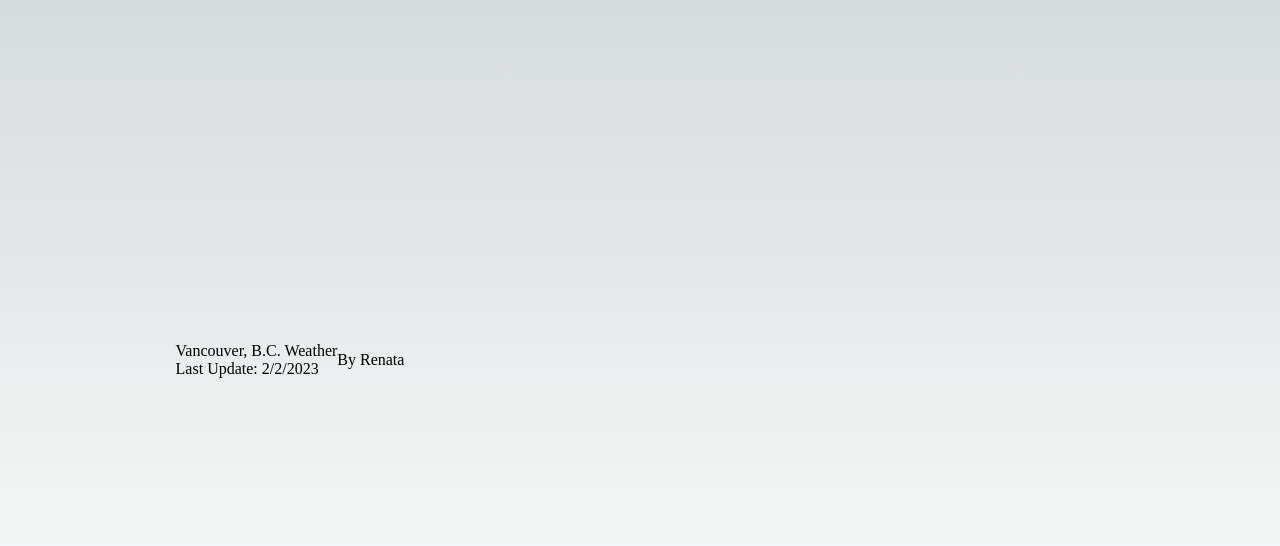
Repository: RenataDzotova/WeatherMate
Page: /
These files come from the project's save history. The page is drawn as it stood at one moment and after the next save; the edit follows.
The browser window is 1280 px wide. The pictures show the whole page.
The project was rebuilt for these pictures with package versions that can differ from the ones it lists, and the page was loaded fresh each time. The framework's server and built-in components were replaced by stand-ins that run in the browser. Also part of the build but not shown: next.config.js.

Above is the page before, as saved 2023-02-23 21:03:39.

### pages/index.js
import Head from 'next/head'
import Image from 'next/image'
import { Inter } from '@next/font/google'
import styles from '@/styles/Home.module.css'
import { useEffect, useRef, useState } from 'react'
import axios from 'axios'
import { FlexBox, Wrapper } from '@/styles/global'

export default function Home() {

  var apiKey = "f1c3aba9f416efdb16702d2866709e98";
  const location = "vancouver";
  var lang = "en";
  var units = "metric";
  const url = `https://api.openweathermap.org/data/2.5/forecast?q=${location}&units=${units}&appid=${apiKey}&lang=${lang}`;

  const [data, setData] = useState();
  const grabWeather = useRef(false);

  const fetchWeather = async () => {
    const response = await axios.get(url);
    console.log(response);

    console.log(response.data.list);
    const arrayOfDays = [];

    let weatherData = response.data.list.map((weather, index)=>{
      console.log(parseInt(weather.dt_txt.substr(8,2),10))
      let num = parseInt(weather.dt_txt.substr(8,2),10)

      if (num !== arrayOfDays.find(element => element === num)) {
        arrayOfDays.push(num);
        console.log("Here");
        console.log(response.data.list[index]);

        var month = '';
        var icon = '';

        if (weather.dt_txt.substr(5,2) == 1){
          month = 'January';
        } else if (weather.dt_txt.substr(5,2) == 2){
          month = 'February';
        }else if (weather.dt_txt.substr(5,2) == 3){
          month = 'March';
        }else if (weather.dt_txt.substr(5,2) == 4){
          month = 'April';
        }else if (weather.dt_txt.substr(5,2) == 5){
          month = 'May';
        }else if (weather.dt_txt.substr(5,2) == 6){
          month = 'June';
        }else if (weather.dt_txt.substr(5,2) == 7){
          month = 'July';
        }else if (weather.dt_txt.substr(5,2) == 8){
          month = 'August';
        }else if (weather.dt_txt.substr(5,2) == 9){
          month = 'September';
        }else if (weather.dt_txt.substr(5,2) == 10){
          month = 'October';
        }else if (weather.dt_txt.substr(5,2) == 11){
          month = 'November';
        }else if (weather.dt_txt.substr(5,2) == 12){
          month = 'December';
        }

        if (weather.weather[0].main == "Clouds"){
          icon = '/weather icons/clouds.svg'
        } else if(weather.weather[0].main == "Clear"){
          icon = '/weather icons/sun.svg'
        }else if(weather.weather[0].main == "Atmosphere"){
          icon = '/weather icons/mist.svg'
        }else if(weather.weather[0].main == "Rain"){
          icon = '/weather icons/rain.svg'
        }else if(weather.weather[0].main == "Drizzle"){
          icon = '/weather icons/rain.svg'
        }else if(weather.weather[0].main == "Snow"){
          icon = '/weather icons/snow.svg'
        }else if(weather.weather[0].main == "Thunderstorm"){
          icon = '/weather icons/thunderstorm.svg'
        }


        var now = new Date(weather.dt_txt);
        var days = ["Sunday", "Monday", "Tuesday", "Wednsday", "Thursday", "Friday", "Saturday"];
        var day = days[now.getDay()];

        return(
          <FlexBox key={index}>
            <Image
            src={icon}
            alt={icon}
            width={180}
            height={180}
            priority
            />
            <p>
              {day} <br /> {month} {weather.dt_txt.substr(8,2)}, {weather.dt_txt.substr(0,4)}
            </p>
            <FlexBox>{weather.main.temp.toFixed(1)}°</FlexBox>
            <FlexBox>{weather.weather[0].main}</FlexBox>
          </FlexBox>
        )
      }
    })
    console.log(arrayOfDays);
    setData(weatherData);
  }

  useEffect (() => {
    if(grabWeather.current === true) {
      fetchWeather();
    }

    return () => {
      grabWeather.current = true;
    }
  }, [])

  const current = new Date();
  const date = `${current.getDate()}/${current.getMonth()+1}/${current.getFullYear()}`


  return (
    <>
      {/* <Head>
        <title>Create Next App</title>
        <meta name="description" content="Generated by create next app" />
        <meta name="viewport" content="width=device-width, initial-scale=1" />
        <link rel="icon" href="/logo.svg.ico" />
      </Head> */}
      <Wrapper >
        <FlexBox>
          <p>
            Vancouver, B.C. Weather <br/>
            Last Update: {date}
          </p>
          <div>
            <a
              href=""
              target="_blank"
              rel="noopener noreferrer"
            >
              By{' '}
              Renata
            </a>
          </div>
        </FlexBox>

          <FlexBox>
          <Image
          className={styles.logo}
          src="/logo.svg"
          alt="Next.js Logo"
          width={700}
          height={400}
          priority
          />
          </FlexBox>

        <FlexBox >
          {data}
        </FlexBox>

      </Wrapper>
    </>
  )
}

### styles/Home.module.css
.main {
  display: flex;
  flex-direction: column;
  justify-content: space-between;
  align-items: center;
  padding: 6rem;
  min-height: 100vh;
}

.description {
  display: inherit;
  justify-content: inherit;
  align-items: inherit;
  font-size: 0.85rem;
  max-width: var(--max-width);
  width: 100%;
  z-index: 2;
  font-family: var(--font-mono);
}

.description a {
  display: flex;
  justify-content: center;
  align-items: center;
  gap: 0.5rem;
}

.description p {
  position: relative;
  margin: 0;
  padding: 1rem;
  background-color: rgba(var(--callout-rgb), 0.5);
  border: 1px solid rgba(var(--callout-border-rgb), 0.3);
  border-radius: var(--border-radius);
}

.code {
  font-weight: 700;
  font-family: var(--font-mono);
}

.grid {
  display: grid;
  grid-template-columns: repeat(5, minmax(20%, auto));
  width: var(--max-width);
  max-width: 100%;
}

.card {
  padding: 1rem 1.2rem;
  border-radius: var(--border-radius);
  background: rgba(var(--card-rgb), 0);
  border: 1px solid rgba(var(--card-border-rgb), 0);
  transition: background 200ms, border 200ms;
}

.card span {
  display: inline-block;
  transition: transform 200ms;
}

.card h2 {
  font-weight: 600;
  margin-bottom: 0.7rem;
}

.card p {
  margin: 0;
  opacity: 0.6;
  font-size: 0.9rem;
  line-height: 1.5;
  max-width: 30ch;
}

.center {
  display: flex;
  justify-content: center;
  align-items: center;
  position: relative;
  padding: 4rem 0;
}

.center::before {
  background: var(--secondary-glow);
  border-radius: 50%;
  width: 480px;
  height: 360px;
  margin-left: -400px;
}

.center::after {
  background: var(--primary-glow);
  width: 240px;
  height: 180px;
  z-index: -1;
}

.center::before,
.center::after {
  content: '';
  left: 50%;
  position: absolute;
  filter: blur(45px);
  transform: translateZ(0);
}

.logo,
.thirteen {
  position: relative;
}

.thirteen {
  display: flex;
  justify-content: center;
  align-items: center;
  width: 75px;
  height: 75px;
  padding: 25px 10px;
  margin-left: 16px;
  transform: translateZ(0);
  border-radius: var(--border-radius);
  overflow: hidden;
  box-shadow: 0px 2px 8px -1px #0000001a;
}

.thirteen::before,
.thirteen::after {
  content: '';
  position: absolute;
  z-index: -1;
}

/* Conic Gradient Animation */
.thirteen::before {
  animation: 6s rotate linear infinite;
  width: 200%;
  height: 200%;
  background: var(--tile-border);
}

/* Inner Square */
.thirteen::after {
  inset: 0;
  padding: 1px;
  border-radius: var(--border-radius);
  background: linear-gradient(
    to bottom right,
    rgba(var(--tile-start-rgb), 1),
    rgba(var(--tile-end-rgb), 1)
  );
  background-clip: content-box;
}

/* Enable hover only on non-touch devices */
@media (hover: hover) and (pointer: fine) {
  .card:hover {
    background: rgba(var(--card-rgb), 0.1);
    border: 1px solid rgba(var(--card-border-rgb), 0.15);
  }

  .card:hover span {
    transform: translateX(4px);
  }
}

@media (prefers-reduced-motion) {
  .thirteen::before {
    animation: none;
  }

  .card:hover span {
    transform: none;
  }
}

/* Mobile */
@media (max-width: 700px) {
  .content {
    padding: 4rem;
  }

  .grid {
    grid-template-columns: 1fr;
    margin-bottom: 120px;
    max-width: 320px;
    text-align: center;
  }

  .card {
    padding: 1rem 2.5rem;
  }

  .card h2 {
    margin-bottom: 0.5rem;
  }

  .center {
    padding: 8rem 0 6rem;
  }

  .center::before {
    transform: none;
    height: 300px;
  }

  .description {
    font-size: 0.8rem;
  }

  .description a {
    padding: 1rem;
  }

  .description p,
  .description div {
    display: flex;
    justify-content: center;
    position: fixed;
    width: 100%;
  }

  .description p {
    align-items: center;
    inset: 0 0 auto;
    padding: 2rem 1rem 1.4rem;
    border-radius: 0;
    border: none;
    border-bottom: 1px solid rgba(var(--callout-border-rgb), 0.25);
    background: linear-gradient(
      to bottom,
      rgba(var(--background-start-rgb), 1),
      rgba(var(--callout-rgb), 0.5)
    );
    background-clip: padding-box;
    backdrop-filter: blur(24px);
  }

  .description div {
    align-items: flex-end;
    pointer-events: none;
    inset: auto 0 0;
    padding: 2rem;
    height: 200px;
    background: linear-gradient(
      to bottom,
      transparent 0%,
      rgb(var(--background-end-rgb)) 40%
    );
    z-index: 1;
  }
}

/* Tablet and Smaller Desktop */
@media (min-width: 701px) and (max-width: 1120px) {
  .grid {
    grid-template-columns: repeat(2, 50%);
  }
}

@media (prefers-color-scheme: dark) {
  .vercelLogo {
    filter: invert(1);
  }

  .logo,
  .thirteen img {
    filter: invert(1) drop-shadow(0 0 0.3rem #ffffff70);
  }
}

@keyframes rotate {
  from {
    transform: rotate(360deg);
  }
  to {
    transform: rotate(0deg);
  }
}

### styles/global.js
import styled from 'styled-components'

export const FlexBox = styled.div`
    display:flex;
    justify-content:${props=>props.justifyContent || "center"};
    align-items:${props=>props.alignItems || "center"};
    flex-direction:${props=>props.dir || "row"};
    flex-wrap: ${props=>props.flexWrap};
    width: ${props=>props.width};
    height: ${props=>props.height};
    background-color: ${props=>props.bgColor};
    padding: ${props=>props.padding};
    margin: ${props=>props.margin || "0px"};
    min-height: ${props=>props.minHeight};
    max-height: ${props=>props.maxHeight};
    background-image: ${props=>props.linearGradient || "none"}, url(${props=>props.bgImage});
    background-position: ${props=>props.bgPosition || "center"};
    background-size: ${props=>props.bgSize || "cover"};
    background-repeat: ${props=>props.bgRepeat};
    border-radius:${props=>props.borderRadius};
    filter: ${props=>props.filter};
    border: ${props=>props.border};
    z-index:${props=>props.zIndex};
    position: ${props=>props.position};
    top: ${props=>props.top};
    left:${props=>props.left};
    bottom: ${props=>props.bottom};
    border-bottom-style: ${props=>props.borderBottom};
    box-shadow: ${props=>props.boxShadow};
    border-top: ${props=>props.topBorder};
    border-bottom: ${props=>props.bottomBorder};
    color: ${props=>props.color};
    font-weight: ${props=>props.fontWeight};
    cursor: ${props=>props.cursor};
    max-width: ${props=>props.maxWidth};
    min-width: ${props=>props.minWidth};
    overflow-y: ${props=>props.overflowY};
    overflow-anchor: ${props=>props.overflowA};
    overflow-x: ${props=>props.overflowX};
`

export const Wrapper = styled(FlexBox) `
    width: 100vw;
    height: ${props=>props.height || "100vh"};
    padding:${props=>props.padding};
    overflow-x: ${props=>props.overflowX};
    overflow-y: ${props=>props.overflowY};
`

export const HorizontalScrollContainer = styled(FlexBox)`
    overflow-y: scroll;
    width: ${props=>props.width || "100vw"};
    scrollbar-width: none;

`

export const ImgPlaceholder = styled.div`
    width: ${props=>props.width || "134px"};
    height: ${props=>props.height || "154px"};
    border-radius: ${props=>props.borderRadius || "8px 0px 0px 8px"};
    background-image: url(${props=>props.bgImage});
    margin: ${props=>props.margin};
    position: ${props=>props.position};
    top: ${props=>props.top};
    background-position: center;
    background-size: cover;
`

Loaded but not shown: pages/_app.js (common file); pages/_document.js (common file); styles/globals.css (common file)

After the next save:
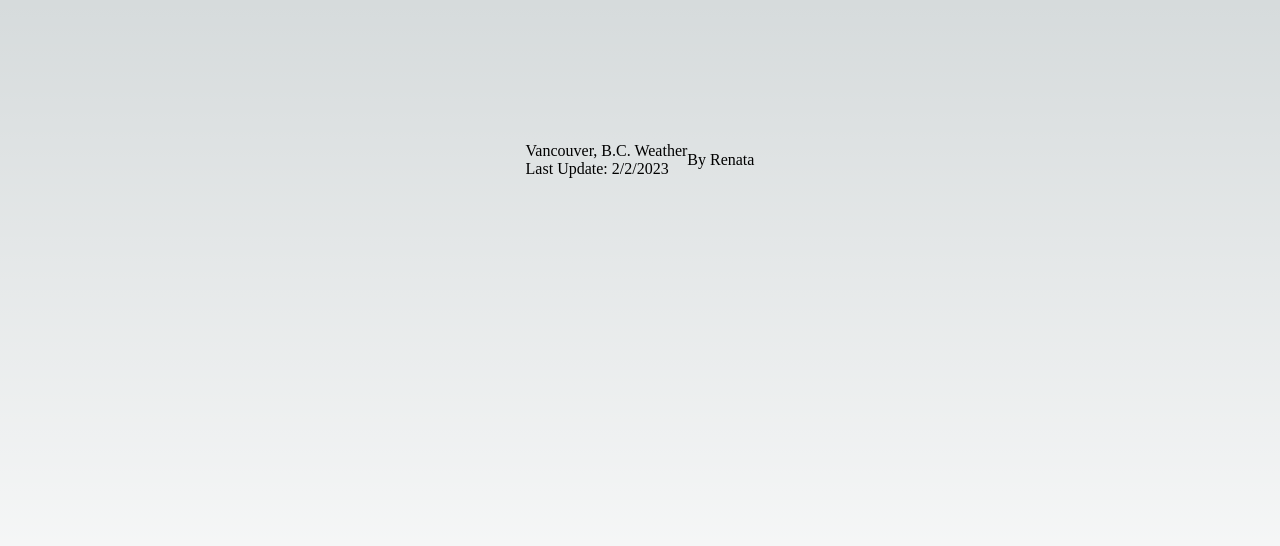
Saved 38 s later.
--- a/pages/index.js
+++ b/pages/index.js
@@ -128,38 +128,39 @@
         <link rel="icon" href="/logo.svg.ico" />
       </Head> */}
       <Wrapper >
-        <FlexBox>
-          <p>
-            Vancouver, B.C. Weather <br/>
-            Last Update: {date}
-          </p>
-          <div>
-            <a
-              href=""
-              target="_blank"
-              rel="noopener noreferrer"
-            >
-              By{' '}
-              Renata
-            </a>
-          </div>
-        </FlexBox>
-
+        <FlexBox dir="column">
           <FlexBox>
-          <Image
-          className={styles.logo}
-          src="/logo.svg"
-          alt="Next.js Logo"
-          width={700}
-          height={400}
-          priority
-          />
+            <p>
+              Vancouver, B.C. Weather <br/>
+              Last Update: {date}
+            </p>
+            <div>
+              <a
+                href=""
+                target="_blank"
+                rel="noopener noreferrer"
+              >
+                By{' '}
+                Renata
+              </a>
+            </div>
           </FlexBox>
 
-        <FlexBox >
-          {data}
+            <FlexBox>
+            <Image
+            className={styles.logo}
+            src="/logo.svg"
+            alt="Next.js Logo"
+            width={700}
+            height={400}
+            priority
+            />
+            </FlexBox>
+
+          <FlexBox >
+            {data}
+          </FlexBox>
         </FlexBox>
-
       </Wrapper>
     </>
   )
